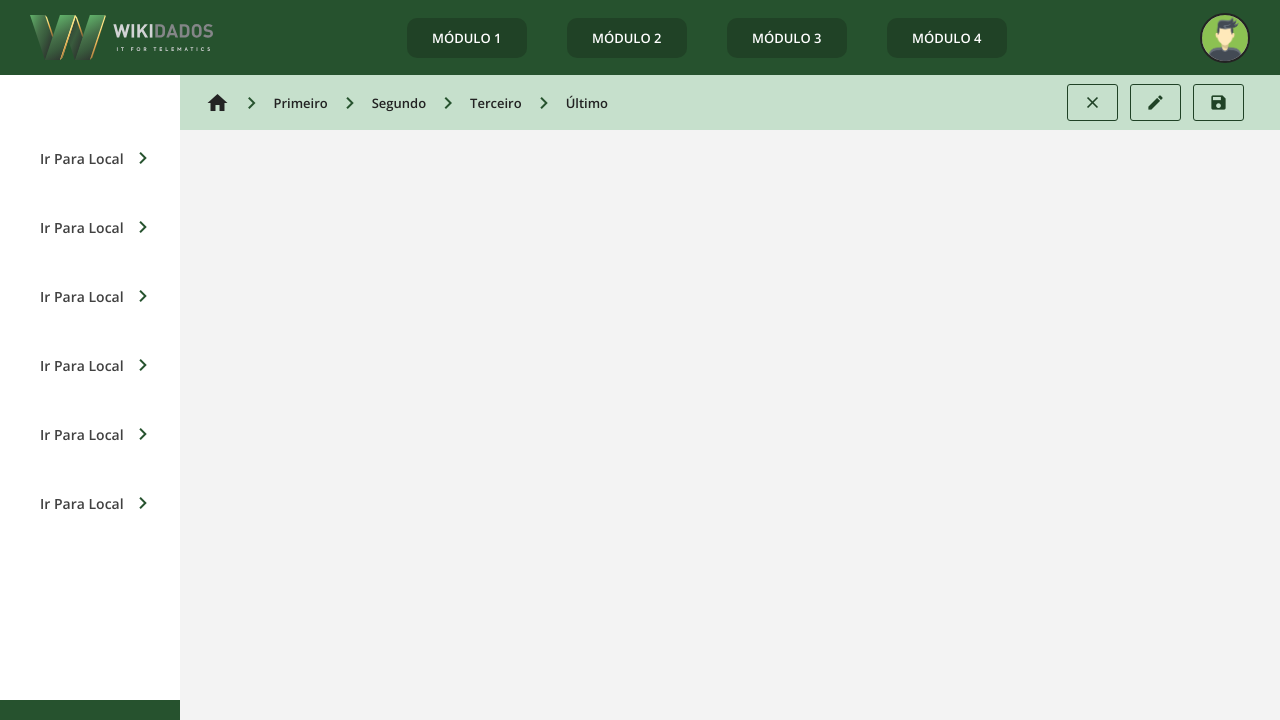
Repository: AlexDjon/alexdjon.github.io
Page: wiki-relayout/index.html
An editor plug-in stored every save of this project. The page is shown before and after the next save, followed by the edit.
The browser window is 1280 px wide. The pictures show the whole page.

Above is the page before, as saved 2020-08-12 16:08:56.

### wiki-relayout/index.html
<!DOCTYPE html>
<html lang="pt-br">

<head>
  <meta charset="UTF-8">
  <meta name="viewport" content="width=device-width, initial-scale=1.0">
  <title>Wiki - Relayout</title>

  <link rel="shotcut icon" href="https://wikidados.com.br/assets/wiki/img/logos/favicon.ico">
  <link href="https://fonts.googleapis.com/icon?family=Material+Icons" rel="stylesheet">
  <link href="https://fonts.googleapis.com/css2?family=Open+Sans:wght@400;600;700&display=swap" rel="stylesheet">
  <link rel="stylesheet" href="css/styles.css">
</head>

<body>
  <header class="cabecalho">
    <img src="img/logo.svg" alt="Logo Wiki" class="logo">

    <div class="modulos">
      <button>Módulo 1</button>
      <button>Módulo 2</button>
      <button>Módulo 3</button>
      <button>Módulo 4</button>
    </div>

    <button class="user">
    </button>
  </header>

  <aside class="areas">
    <ul>
      <li><i class="material-icons">donut_large</i> Editar perfil</li>
      <li><i class="material-icons">grade</i> Favoritos</li>
      <li><i class="material-icons">history</i> Histórico</li>
      <li><i class="material-icons">power_settings_new</i> Sair</li>
    </ul>
  </aside>

  <main class="conteudo">
    <nav class="navbar">
      <ul class="menu">
        <li>Ir para local <i class="material-icons">chevron_right</i></li>
        <li>Ir para local <i class="material-icons">chevron_right</i></li>
        <li>Ir para local <i class="material-icons">chevron_right</i></li>
        <li>Ir para local <i class="material-icons">chevron_right</i></li>
        <li>Ir para local <i class="material-icons">chevron_right</i></li>
        <li>Ir para local <i class="material-icons">chevron_right</i></li>
      </ul>
    </nav>

    <div class="meio">
      <div class="barra">
        <ul class="caminho">
          <li>
            <i class="material-icons">home</i>
          </li>
          <li id="separator">
            <i class="material-icons">chevron_right</i>
          </li>
          <li>
            Primeiro
          </li>
          <li id="separator">
            <i class="material-icons">chevron_right</i>
          </li>
          <li>
            Segundo
          </li>
          <li id="separator">
            <i class="material-icons">chevron_right</i>
          </li>
          <li>
            Terceiro
          </li>
          <li id="separator">
            <i class="material-icons">chevron_right</i>
          </li>
          <li>
            Último
          </li>
        </ul>

        <div class="list-buttons">
          <button>
            <i class="material-icons">close</i>
          </button>
          <button>
            <i class="material-icons">edit</i>
          </button>
          <button>
            <i class="material-icons">save</i>
          </button>
        </div>
      </div>

    </div>

  </main>

  <script src="js/scripts.js"></script>
</body>

</html>

### wiki-relayout/css/styles.css
* {
  padding: 0;
  margin: 0;
  font-weight: 100%;
  font-family: 'Open Sans', sans-serif;
  border: 0;
  outline: 0;
  box-sizing: border-box;
}

body {
  background: #f3f3f3;
}

:root {
  --verdeW: #26522e;
  --verdeW2: #204226;
  --verdeW-semi: #c6e0cc;
  --verde: #32a852;
  --black: #232323;
  --black2: #414141;
  --white: #ffffff;
  --grey: #3b3b3b;
  --shadow: -4px 4px 8px 0px rgba(10, 10, 10, 0.27);
  --cabecalhoY: 75px;
}

/* CABECALHO */
.cabecalho {
  width: 100%;
  height: var(--cabecalhoY);
  background: var(--verdeW);
  padding: 10px 30px;
  display: flex;
  justify-content: space-between;
  align-items: center;
}

.cabecalho .logo {
  height: 45px;
}

.cabecalho .modulos {
  display: flex;
}
.cabecalho .modulos button {
  margin: 0 20px;
  width: 120px;
  height: 40px;
  border-radius: 10px;
  background-color: var(--verdeW2);
  color: var(--white);
  font-size: 13px;
  text-transform: uppercase;
  font-weight: 600;
  cursor: pointer;
  transition: filter 0.3s;
}
.cabecalho .modulos button:hover {
  filter: brightness(90%);
}
.cabecalho .user {
  height: 50px;
  width: 50px;
  border-radius: 50%;
  border: solid 2px var(--black);

  background-image: url(../img/avatar1.png);
  background-size: cover;
  background-position: center center;

  cursor: pointer;
}

/* AREAS */
.areas {
  display: none;
  min-width: 180px;
  position: absolute;
  top: var(--cabecalhoY);
  right: 0;
  background-color: var(--white);
  box-shadow: var(--shadow);
}
.areas.ativo {
  display: block;
}
.areas ul {
  list-style: none;
  padding: 10px 20px 10px 40px;
}
.areas ul li {
  margin: 17px 0;
  font-size: 15px;
  color: var(--black2);

  display: flex;
  justify-content: flex-start;
  align-items: center;
  transition: color 0.3s;
  cursor: pointer;
}
.areas ul li:hover {
  color: var(--black);
}
.areas ul li i {
  margin-right: 8px;
  font-size: 17px;
  color: var(--verdeW);
}


/* NAVBAR */
.navbar {
  width: 210px;
  height: calc(100vh - var(--cabecalhoY));
  background: var(--white);
  border-bottom: solid 20px var(--verdeW);
}
.navbar .menu {
  padding: 50px 0 50px 30px;
  display: flex;
  flex-direction: column;
  justify-content: flex-start;
  align-items: flex-start;
  list-style: none;
}
.navbar .menu li {
  margin: 14px 0;
  text-transform: capitalize;
  font-weight: 600;
  color: var(--black2);
  font-size: 14px;
  padding: 7px 3px 10px 10px;
  /* border-bottom: solid 1px var(--white);
  border-radius: 0 0 5px 0; */

  display: flex;
  justify-content: space-between;
  align-items: center;

  cursor: pointer;
}
.navbar .menu li i {
  margin-left: 7px;
  color: var(--black2);
}
.navbar .menu li i {
  color: var(--verdeW);
}


/* CONTEUDO */
.conteudo {
  width: 100%;
  height: calc(100vh - var(--cabecalhoY));

  display: flex;
}

.meio {
  width: 100%;
  display: flex;
  flex-direction: column;
}

.meio .barra {
  width: 100%;
  height: 55px;
  padding: 0 20px;
  margin-bottom: 10px;
  background-color: var(--verdeW-semi);
  display: flex;
  justify-content: space-between;
  align-items: center;
}
/*
.meio .barra div#separator span i {
  margin: 0 5px;
  color: var(--verdeW);
} */
.meio .barra .caminho {
  height: 55px;
  display: flex;
  align-items: center;
  list-style: none;
}
.meio .barra .caminho li {
  height: 55px;
  margin: 0 5px;
  font-size: 13px;
  font-weight: 600;
  color: var(--black);
  display: flex;
  align-items: center;
}
.meio .barra .caminho li:not(#separator) {
  cursor: pointer;
}

.meio .barra .caminho li#separator {
  color: var(--verdeW);
}

.list-buttons {
  margin: 0 10px;
  display: flex;
}
.list-buttons button {
  padding: 8px 15px;
  margin: 0 6px;
  border-radius: 3px;
  display: flex;
  justify-content: center;
  align-items: center;
  border: solid 1px var(--verdeW2);
  background: none;
  cursor: pointer;
}
.list-buttons button i {
  font-size: 19px;
  color: var(--verdeW2);
}
.list-buttons button:nth-child(1) {}
.list-buttons button:nth-child(2) {}
.list-buttons button:nth-child(3) {}

### wiki-relayout/js/scripts.js
function getItem(info) {
  return document.querySelector(info)
}

getItem('.user').addEventListener('click', () => {
  getItem('.areas').classList.toggle('ativo')
})

After the next save:
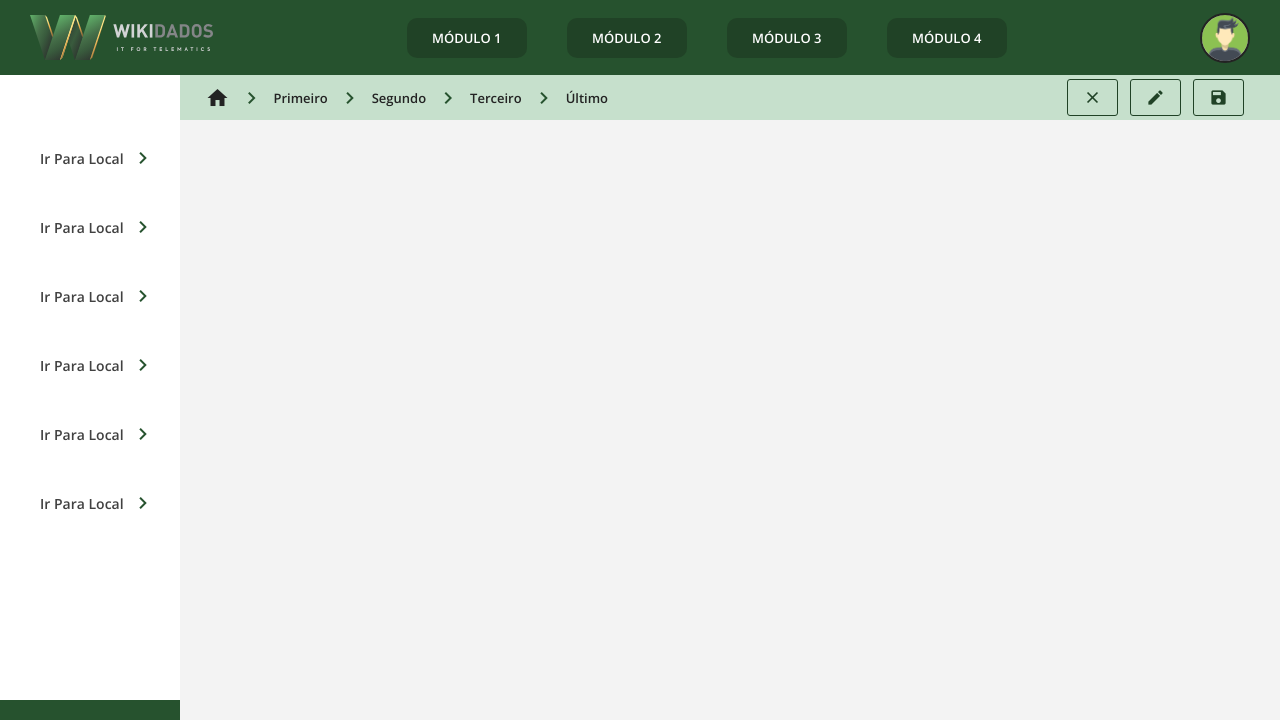
Saved 27 s later.
--- a/wiki-relayout/css/styles.css
+++ b/wiki-relayout/css/styles.css
@@ -166,7 +166,7 @@ body {
 
 .meio .barra {
   width: 100%;
-  height: 55px;
+  height: 45px;
   padding: 0 20px;
   margin-bottom: 10px;
   background-color: var(--verdeW-semi);
@@ -180,13 +180,13 @@ body {
   color: var(--verdeW);
 } */
 .meio .barra .caminho {
-  height: 55px;
+  height: 45px;
   display: flex;
   align-items: center;
   list-style: none;
 }
 .meio .barra .caminho li {
-  height: 55px;
+  height: 45px;
   margin: 0 5px;
   font-size: 13px;
   font-weight: 600;
